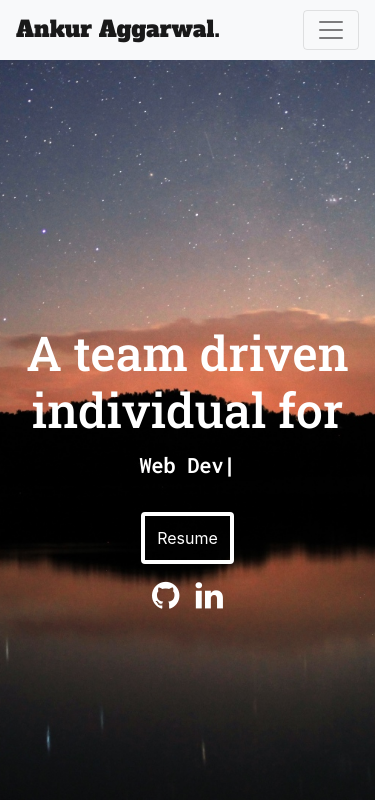
Repository: AnkurDevv/PersonalWebsite
Page: index.html
The author's editor kept a copy of each file at every save. The page is drawn from the files as they stood at one save, then again after the next save.
The browser window is 375 px wide. The pictures show the whole page.
Some web fonts or font styles are not loaded; a fallback is used.

Above is the page before, as saved 2020-09-13 16:07:33.

### index.html
<!DOCTYPE html>
<html>

<head>
  <meta charset="utf-8">
  <meta http-equiv="X-UA-Compatible" content="IE=edge">
  <title>Ankur Aggarwal</title>
  <meta name="description" content="">
  <meta name="viewport" content="width=device-width, initial-scale=1">
  <!-- FONT AWESOME FOR SOCIAL MEDIA ICONS -->
  <link rel="stylesheet" href="https://cdnjs.cloudflare.com/ajax/libs/font-awesome/4.7.0/css/font-awesome.min.css">
  <!-- Importing Bootstrap here -->
  <link rel="stylesheet" href="https://stackpath.bootstrapcdn.com/bootstrap/4.4.1/css/bootstrap.min.css"
    integrity="sha384-Vkoo8x4CGsO3+Hhxv8T/Q5PaXtkKtu6ug5TOeNV6gBiFeWPGFN9MuhOf23Q9Ifjh" crossorigin="anonymous">
  <!--CUSTOM CSS FOR THE PAGE  -->
  <link rel="stylesheet" href="./style/index.css">
  <!-- FOR COOL ANIMATION EFFECTS -->
  <link rel="stylesheet" href="./style/animate.css">
  <!-- FOR COOL TYPING EFFECTS -->
  <script src="https://cdn.jsdelivr.net/npm/typed.js@2.0.11"></script>
  <!-- FOR GOOGLE FONTS - START -->
  <!-- for main heading -->
  <link
    href="https://fonts.googleapis.com/css2?family=Merienda:wght@700&family=Pacifico&family=Roboto&family=Roboto+Slab:wght@500&display=swap"
    rel="stylesheet">
  <!-- For Sub heading -->
  <link
    href="https://fonts.googleapis.com/css2?family=Inconsolata:wght@700&family=Merienda:wght@700&family=Pacifico&family=Roboto&family=Roboto+Slab:wght@500&display=swap"
    rel="stylesheet">
  <!-- For Navbar Logo -->
  <link href="https://fonts.googleapis.com/css2?family=Alfa+Slab+One&display=swap" rel="stylesheet">
  <!-- FOR GOOGLE FONTS - END -->
</head>

<body>
  <header>
    <nav class="navbar navbar-expand-lg navbar-light bg-light">
      <a class="navbar-brand" id="Brand-logo">Ankur Aggarwal.</a>
      <button class="navbar-toggler" type="button" data-toggle="collapse" data-target="#navbarNav"
        aria-controls="navbarNav" aria-expanded="false" aria-label="Toggle navigation">
        <span class="navbar-toggler-icon"></span>
      </button>
      <div class="collapse navbar-collapse" id="navbarNav">
        <ul class="navbar-nav">
          <li class="nav-item active">
            <a class="nav-link" href="#">Home</a>
          </li>
          <li class="nav-item active">
            <a class="nav-link" href="#">About</a>
          </li>
          <!-- <li class="nav-item active">
            <a class="nav-link" href="#">Why Me?</a>
          </li> -->
          <li class="nav-item active">
            <a class="nav-link" href="#">Skills</a>
          </li>
          <li class="nav-item active">
            <a class="nav-link" href="#">Projects</a>
          </li>
          <li class="nav-item active">
            <a class="nav-link" href="#">Contact</a>
          </li>
        </ul>
      </div>
    </nav>


    <!-- FIRST IMPRESSION SECTION - START -->
    <section class="first-impression-section">
      <div class="row first-impression-row">
        <h1 class="text-center animated fadeInDown" id="MainNameHeading">A team driven individual for
        </h1>
      </div>
      <div class="row">
        <h3 id="MainSubHeading">
          <span id="typed" style="white-space:pre;"></span>
          <!-- <span class="typed-cursor typed-cursor--blink">|</span> -->
        </h3>
      </div>

      <!-- RESUME BUTTON - START -->
      <div class="row" id="ResumeDiv">
        <a type="button" href="https://drive.google.com/file/d/129eEq26ATzqey1-hpHnRXs40bzbBVkSX/view?usp=sharing"
          target="blank" class="btn btn-primary" id="ResumeBtn">Resume</a>
      </div>
      <!-- RESUME BUTTON - END -->

      <!-- SOCIAL LINKS -->
      <div class="socialLinksDiv">
        <!-- github link -->
        <a href="https://github.com/AnkurDevv" target="blank" class="social-link"><i
            class="fa fa-github fa-2x text-white"></i></a>
        <!-- linkedin link -->
        <a href="https://www.linkedin.com/in/ankur-aggarwal2112/" target="blank" class="social-link"><i
            class="fa fa-linkedin fa-2x text-white"></i></a>
      </div>

    </section>
    <!-- FIRST IMPRESSION SECTION - END -->


  </header>

  <script>
    // JS FOR COOL TYPING EFFECT USING TYPE.JS -  START
    var options = {
      strings: ['Web Development.', 'Software Engineering.', 'Product Development.'],
      typeSpeed: 100,
      loop: true,
      backDelay: 800,
      backSpeed: 80,
      startDelay: 1000,
    };
    var typed = new Typed('#typed', options);
// JS FOR COOL TYPING EFFECT USING TYPE.JS -  END
  </script>

  <!-- NECESSARY JS FOR BOOTSTRAP - START -->
  <script src="https://code.jquery.com/jquery-3.4.1.slim.min.js"
    integrity="sha384-J6qa4849blE2+poT4WnyKhv5vZF5SrPo0iEjwBvKU7imGFAV0wwj1yYfoRSJoZ+n"
    crossorigin="anonymous"></script>
  <script src="https://cdn.jsdelivr.net/npm/popper.js@1.16.0/dist/umd/popper.min.js"
    integrity="sha384-Q6E9RHvbIyZFJoft+2mJbHaEWldlvI9IOYy5n3zV9zzTtmI3UksdQRVvoxMfooAo"
    crossorigin="anonymous"></script>
  <script src="https://stackpath.bootstrapcdn.com/bootstrap/4.4.1/js/bootstrap.min.js"
    integrity="sha384-wfSDF2E50Y2D1uUdj0O3uMBJnjuUD4Ih7YwaYd1iqfktj0Uod8GCExl3Og8ifwB6"
    crossorigin="anonymous"></script>
  <!-- NECESSARY JS FOR BOOTSTRAP - END -->

  <!-- ADDING JQUERY - START -->
  <script src="https://ajax.googleapis.com/ajax/libs/jquery/3.5.1/jquery.min.js"></script>
  <!-- ADDING JQUERY - END -->

  <!-- CUSTOM JS FOR THE PAGE - START  -->
  <script src="index.js"></script>
  <!-- CUSTOM JS FOR THE PAGE - END  -->
</body>

</html>

### style/index.css
body{
  margin-left: 0;
  margin-right: 0;
}

/* NAVBAR CSS - START */

#Brand-logo{
  font-family: 'Alfa Slab One', cursive;
  font-size: 270%;
}

.navbar-nav{
  margin-left: auto;
}

.nav-link{
  font-size: 155%;
  font-weight: 700;
  padding: 2vw!important;
}

@media only screen and (max-width: 992px) {
  .nav-link{
    text-align: center;
  }
}

@media only screen and (max-width: 600px) {

  #Brand-logo{
    font-size: 140%;
  }

  .navbar-nav{
    height: 100vh;
  }

  .nav-link{
    margin: 5vh auto;
  }

}

/* NAVBAR CSS - END */

/* FIRST IMPRESSION SECTION CSS - START */
header{
  height: 100vh; /* Takes 100% of the screen size */
  background-image:url(../images/sunset_skyline_lake_reflection_114025_1920x1080.jpg);
  -webkit-background-size: cover;
  background-position: center;
  overflow: hidden;
}

#MainNameHeading{
  margin: 0 auto;
  margin-top: 20vh;
  font-size: 395%;
  color: white;
  font-family: 'Roboto Slab', serif;
  padding-bottom: 3%;
}

#MainSubHeading{
  margin: 0 auto;
  color: white;
  text-align: -webkit-center;
  font-family: 'Inconsolata', monospace;
  font-size: xx-large;
}

#ResumeBtn{
  -webkit-appearance: button;
  -moz-appearance: button;
  appearance: button;
  margin: 8% auto;
  margin-bottom: 2%;
  padding: 10px 3%;
  background-color: transparent;
  border: 4px solid white;
}

#ResumeBtn:hover{
  background-color: white;
  color: black;
  font-weight: 700;
  font-size: 130%;
}

.socialLinksDiv{
  display: flex;
  justify-content: center;
}

.social-link{
  margin: 8px;
}


@media only screen and (max-width: 600px) {
  #MainNameHeading{
    font-size: 300%;
    padding-top: 13vh;
  }
  #MainSubHeading{
    font-size: x-large;
  }
}
/* FIRST IMPRESSION SECTION CSS - ENDS */

### index.js
// CHANGING NAVBAR COLOR WHEN A USER HOVERS OVER A LINK
$(document).ready(function () {

  // makes nav transparent when user hovers on a link
  $(".nav-link").hover(function () {
    $('.navbar').addClass('bg-dark').removeClass('bg-light');
    $('#Brand-logo').css("color", "white");
    $('.nav-link').css("color", "white");
    $('.navbar-toggler').css("color", "white");
  });

  // makes nav non-transparent when user hovers on a link
  $(".navbar").mouseleave(function () {
    $('.navbar').addClass('bg-light').removeClass('bg-dark');
    $('#Brand-logo').css("color", "black");
    $('.nav-link').css("color", "black");
    $('.navbar-toggler').css("color", "black");
  });

});

Loaded but not shown: style/animate.css (library)

After the next save:
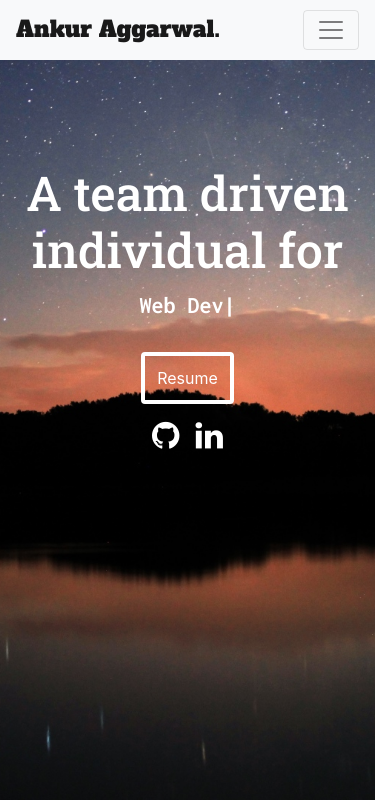
Saved 28 s later.
--- a/style/index.css
+++ b/style/index.css
@@ -101,7 +101,7 @@ header{
 @media only screen and (max-width: 600px) {
   #MainNameHeading{
     font-size: 300%;
-    padding-top: 13vh;
+    margin-top: 13vh;
   }
   #MainSubHeading{
     font-size: x-large;
